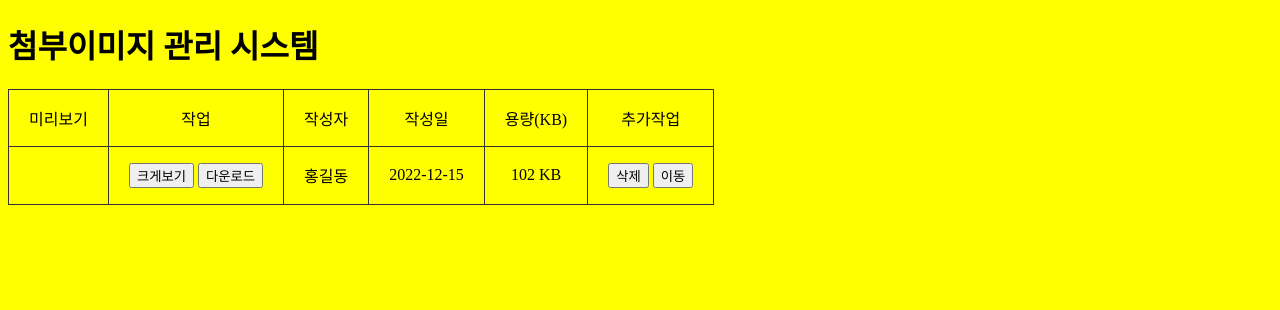
Repository: kmh9964/view
Page: workspace/studyhtml5/src/main/webapp/docs/manager.html
These files come from the project's save history. The page is drawn as it stood at one moment and after the next save; the edit follows.
The browser window is 1280 px wide. The pictures show the whole page.

Above is the page before, as saved 2022-12-15 08:04:41.

After the next save:
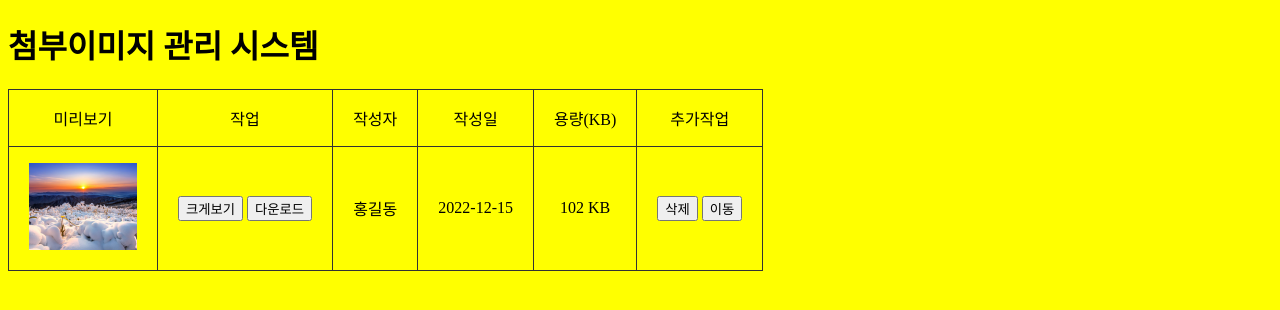
Saved 28 s later.
--- a/workspace/studyhtml5/src/main/webapp/docs/manager.html
+++ b/workspace/studyhtml5/src/main/webapp/docs/manager.html
@@ -20,7 +20,7 @@
 			<td>추가작업</td>
 		</tr>
 			<td>
-			<link src="../images/thumb2.png" alt="고니골 빛 축제" />
+			<img src="../images/thumb2.png" alt="고니골 빛 축제" />
 			</td>
 			<td>
 				<button>크게보기</button>
